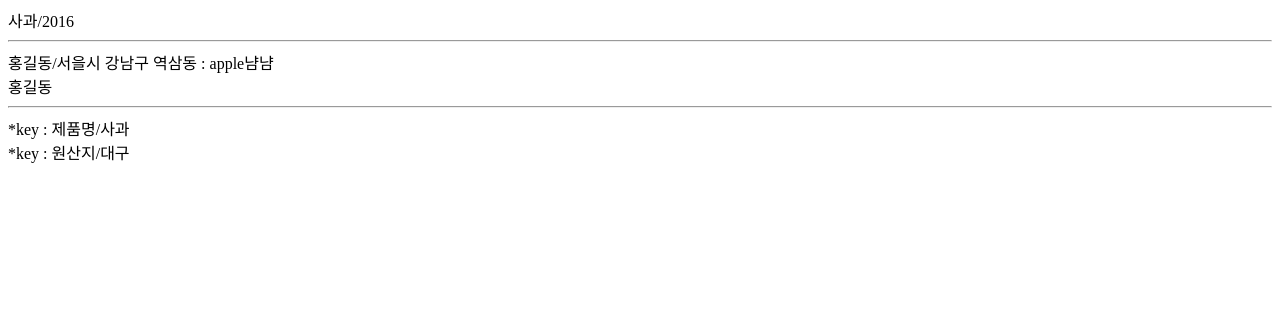
Repository: poomshen/team_03_project2
Page: JavaScript/WebContent/Ex28_JavaScript_Object.html
The author's editor kept a copy of each file at every save. The page is drawn from the files as they stood at one save, then again after the next save.
The browser window is 1280 px wide. The pictures show the whole page.

Above is the page before, as saved 2016-09-01 02:54:15.

### JavaScript/WebContent/Ex28_JavaScript_Object.html
<!DOCTYPE html>
<html>
<head>
<meta charset="UTF-8">
<title>Insert title here</title>
<!--
  class Product {
                 private String carname="pony";
                 public Product(){}
                 public product(Sring carname){
                   this.carname = carname;}
                 public void print(){
                   System.out.println(this.carname);
                 }
  }
  Product p = new Product();
  product p2 = new Product("pony");
  p.print();
  p2.print();
 -->
 <!--
  자바스크립트에서 클래스(객체) 생성 사용하는 방법
  1. 프로토타입(prototype : 원형 , 원제품) => Java , C#
  2. 함수기반(function base) :  1.function tank(){}  => 함수,
                              					   2.function Tank(){} => 클래스
  3. 리터럴방식 :제일 간단한 방식  => var Tank = {}
     JSON 표기 ( {} )    => 이기종간에 데이터 호환 (javascript 객체 표기를 가지고 데이터 호환)
     (자바스크립트 객체 표기법)
 -->
 <script type="text/javascript">
  /* --리터럴 표기법 (json)
     1.객체지향언어 장점 : 재사용성 (설계도)
       그렇다면 => 리터털 표기 재사용성을 가지고 있지 않다
       *설계도 생성과 동시에 객체 생성 (장점 : 편하게)
       *설계도를 미리 만들고 재사용을 하는 것은 아니다
       *설계도당 하나의 객체만 생성(only Object)
       var Product = {제품명:'사과',년도:'2016',원산지:'대구'}
       var Product2 = {제품명:'사과',년도:'2016',원산지:'대구'}

     --함수기반 객체 생성 (수)
     --Prototype 기반 객체 생성(목)
  */
  var Product = {제품명:'사과',년도:'2016',원산지:'대구' };
       //product 객체 ,클래스{}
       console.log(Product);
       document.write(Product.제품명+"/"+Product.년도);

       //함수 만들기
       var  person = {name:'홍길동',addr:'서을시 강남구 역삼동' ,
       eat:function(foood){
    	 	document.write(this.name +"/" + this.addr +" : "+foood +"냠냠");
       }}

      document.write("<hr>");
       person.eat("apple");
       document.write("<br>" +person.name);
       document.write("<hr>");

       //속성 제거하기
       delete(Product.년도);

       //속성 제거 되어서 연도 출력 안됨
       var output ="";
       for(var key in Product){ //javaScript in (객체)
    	   output += "*key : "+ key +"/"+Product[key] +"<br>";
       }
       document.write(output);
    </script>
</head>
<body>

</body>
</html>

After the next save:
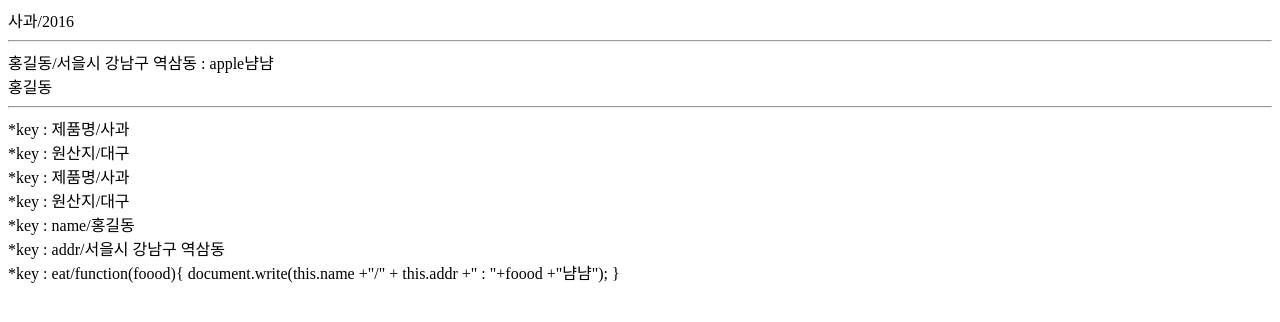
Saved 69 s later.
--- a/JavaScript/WebContent/Ex28_JavaScript_Object.html
+++ b/JavaScript/WebContent/Ex28_JavaScript_Object.html
@@ -65,6 +65,14 @@
     	   output += "*key : "+ key +"/"+Product[key] +"<br>";
        }
        document.write(output);
+
+       //person 객체의 모든 정보 출력(for (var 변수 in 객체))
+       var output2 = "";
+       for(var key in person){ //javaScript in (객체)
+    	   output += "*key : "+ key +"/"+person[key] +"<br>";
+       }
+       document.write(output);
+
     </script>
 </head>
 <body>

After the save that followed:
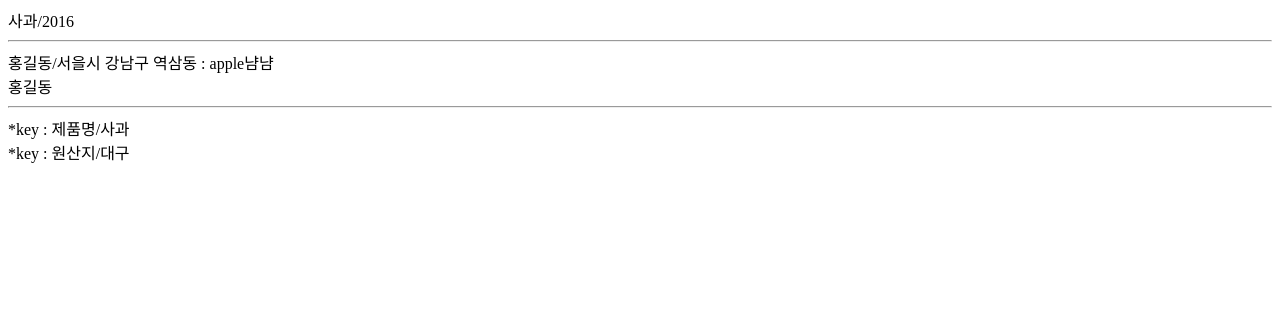
Console error: ReferenceError: output1 is not defined
Saved 19 s later.
--- a/JavaScript/WebContent/Ex28_JavaScript_Object.html
+++ b/JavaScript/WebContent/Ex28_JavaScript_Object.html
@@ -69,9 +69,9 @@
        //person 객체의 모든 정보 출력(for (var 변수 in 객체))
        var output2 = "";
        for(var key in person){ //javaScript in (객체)
-    	   output += "*key : "+ key +"/"+person[key] +"<br>";
+    	   output1 += "*key : "+ key +"/"+person[key] +"<br>";
        }
-       document.write(output);
+       document.write(output1);
 
     </script>
 </head>
